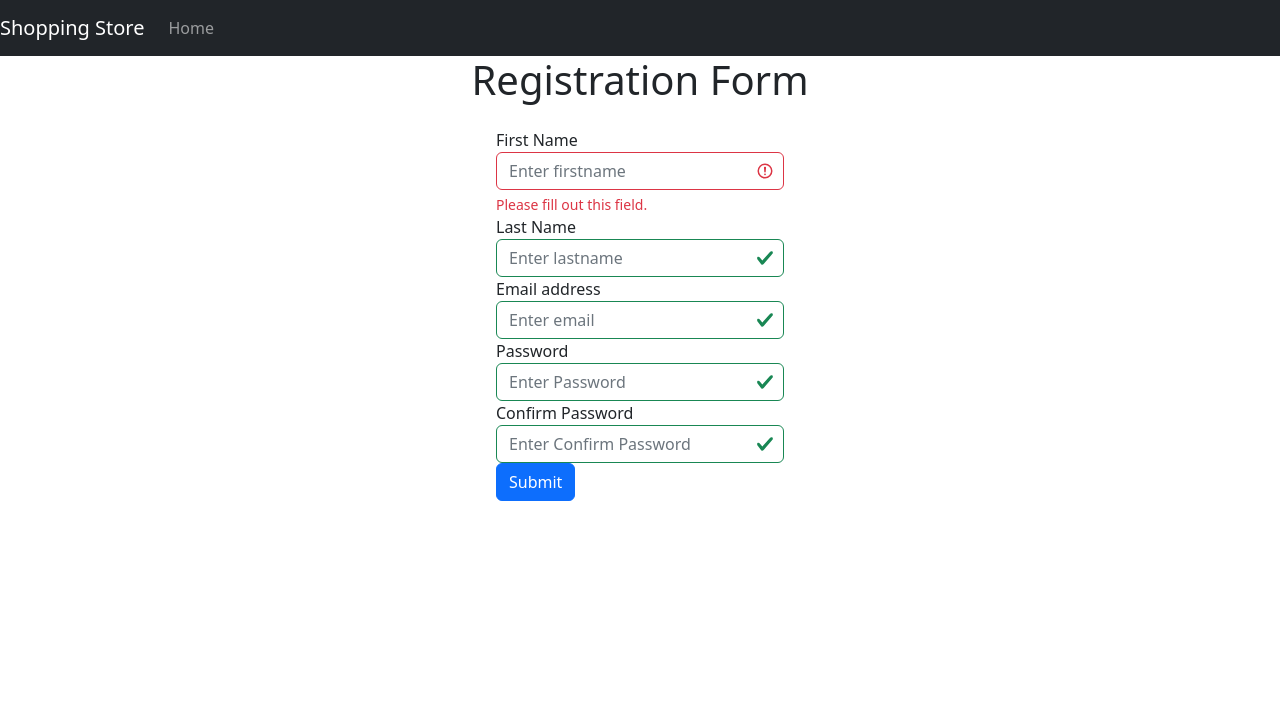
Repository: mayank-gupta0/nagarroproject
Page: http://localhost/SpringMvcServiceLayer/WEB-INF/jsp/register.jsp
The author's editor kept a copy of each file at every save. The page is drawn from the files as they stood at one save, then again after a run of saves.
The browser window is 1280 px wide. The pictures show the whole page.
The page is served by Tomcat 9. Nobody is signed in. Other server files are loaded and not shown. The template is opened directly, without the code that normally fills it, so the values that code supplies are empty.

Above is the page before, as saved 2022-08-21 12:55:55.

### springmvcworkspace/SpringMvcServiceLayer/src/main/webapp/WEB-INF/jsp/register.jsp
<%@ page language="java" contentType="text/html; charset=ISO-8859-1"
	pageEncoding="ISO-8859-1"%>
<!DOCTYPE html>
<html>
<head>
<meta charset="ISO-8859-1">
<link
	href="https://cdn.jsdelivr.net/npm/bootstrap@5.2.0/dist/css/bootstrap.min.css"
	rel="stylesheet"
	integrity="sha384-gH2yIJqKdNHPEq0n4Mqa/HGKIhSkIHeL5AyhkYV8i59U5AR6csBvApHHNl/vI1Bx"
	crossorigin="anonymous">
<title>Registration Page</title>

</head>
<body>
	<nav class="navbar navbar-expand-lg navbar-dark bg-dark">
		<a class="navbar-brand font-weight-bold" href="home">Shopping
			Store</a>
		<button class="navbar-toggler" type="button" data-toggle="collapse"
			data-target="#navbarSupportedContent"
			aria-controls="navbarSupportedContent" aria-expanded="false"
			aria-label="Toggle navigation">
			<span class="navbar-toggler-icon"></span>
		</button>

		<div class="collapse navbar-collapse" id="navbarSupportedContent">
			<ul class="navbar-nav mr-auto">
				<li class="nav-item"><a class="nav-link" href="home">Home</a></li>

			</ul>
		</div>
	</nav>
	<h1 class="text-center">Registration Form</h1>
	<div class="container w-25 p-3">
		<form class="was-validated" id="regForm" modelAttribute="UserResponse"
			action="registerProcess" method="post">

			<div class="form-group">
				<label for="exampleInputPassword1">First Name</label> <input
					type="text" class="form-control" id="exampleInputfirstname"
					placeholder="Enter firstname" name=firstName required>
				<div class="valid-feedback">Valid.</div>
				<div class="invalid-feedback">Please fill out this field.</div>
			</div>

			<div class="form-group">
				<label for="exampleInputPassword1">Last Name</label> <input
					type="text" class="form-control" id="exampleInputlastname"
					placeholder="Enter lastname" name="lastName">
			</div>

			<div class="form-group">
				<label for="exampleInputEmail1">Email address</label> <input
					type="email" class="form-control" id="exampleInputEmail1"
					aria-describedby="emailHelp" placeholder="Enter email" name="email">
			</div>

			<div class="form-group">
				<label for="exampleInputPassword1">Password</label> <input
					type="password" class="form-control" id="exampleInputPassword1"
					placeholder="Enter Password" name="password">
			</div>

			<div class="form-group">
				<label for="exampleInputPassword1">Confirm Password</label> <input
					type="password" class="form-control" id="exampleInputPassword2"
					placeholder="Enter Confirm Password" name="confirmPassword">
			</div>
			<button type="submit" class="btn btn-primary">Submit</button>
		</form>
	</div>
</body>
</html>









































<%-- <%@ taglib prefix="form" uri="http://www.springframework.org/tags/form"%>

<%@ page language="java" contentType="text/html; charset=ISO-8859-1"
	pageEncoding="ISO-8859-1"%>
<html>
<head>
<meta http-equiv="Content-Type" content="text/html; charset=ISO-8859-1">
<title>Registration</title>
</head>
<body>
	<form:form id="regForm" modelAttribute="UserResponse"
		action="registerProcess" method="post">
		<center>
			<h2>Registration :</h2>
			<hr>
		</center>
		<table align="center">
			<tr>
				<td><form:label path="firstName">FirstName</form:label></td>
				<td><form:input path="firstName" name="firstName"
						id="firstname" /></td>
			</tr>
			<tr>
				<td><form:label path="lastName">LastName</form:label></td>
				<td><form:input path="lastName" name="lastName" id="lastname" /></td>
			</tr>
			<tr>
				<td><form:label path="email">Email</form:label></td>
				<td><form:input path="email" name="email" id="email" /></td>
			</tr>
			<tr>
				<td><form:label path="password">Password</form:label></td>
				<td><form:password path="password" name="password"
						id="password" /></td>
			</tr>

			<tr>
				<td><form:label path="confirmPassword">Confirm Password</form:label></td>
				<td><form:password path="confirmPassword"
						name="confirmpassword" id="confirmPassword" /></td>
			</tr>

			<tr>
				<td></td>
				<td><form:button id="register" name="register">Register</form:button></td>
			</tr>
			<tr></tr>
			<tr>
				<td></td>
				<td><a href="index.jsp">Home</a></td>

			</tr>

		</table>
	</form:form>

</body>
</html>
 --%>

After the next 2 saves:
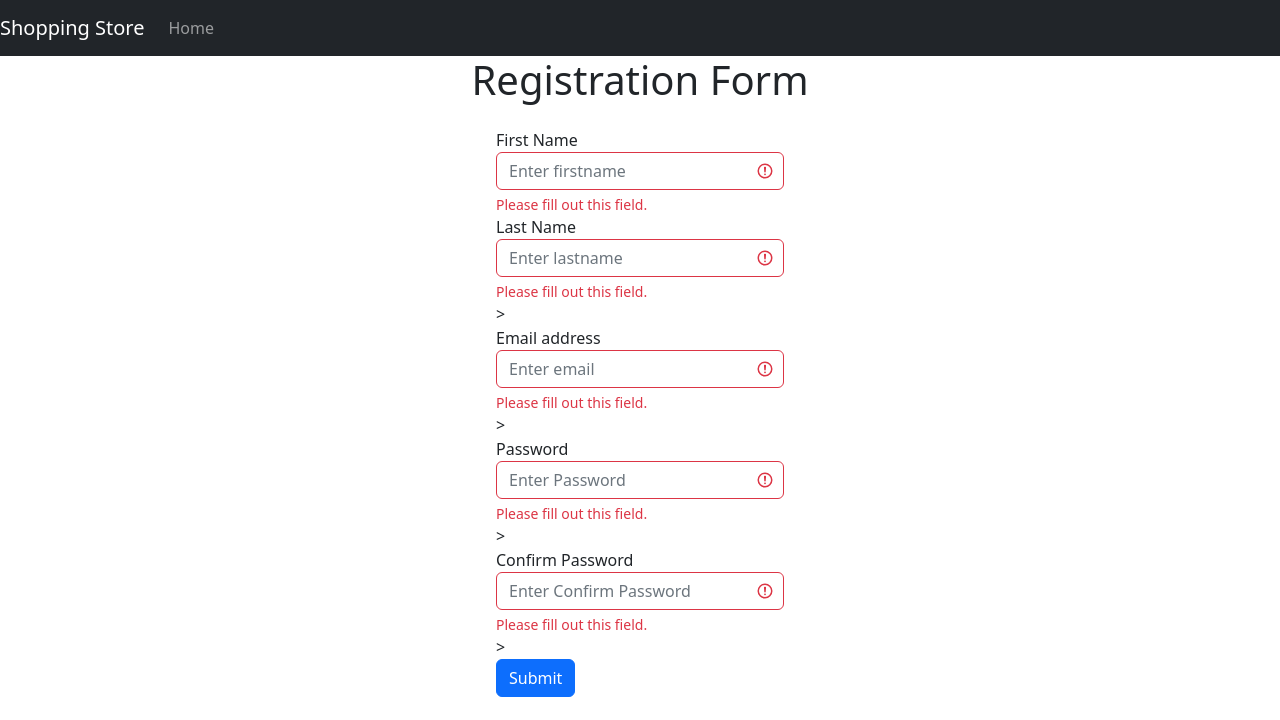
The 2 saves are shown as one change because they came seconds apart.
The last was saved 69 s later.
--- a/springmvcworkspace/SpringMvcServiceLayer/src/main/webapp/WEB-INF/jsp/register.jsp
+++ b/springmvcworkspace/SpringMvcServiceLayer/src/main/webapp/WEB-INF/jsp/register.jsp
@@ -39,32 +39,41 @@
 				<label for="exampleInputPassword1">First Name</label> <input
 					type="text" class="form-control" id="exampleInputfirstname"
 					placeholder="Enter firstname" name=firstName required>
-				<div class="valid-feedback">Valid.</div>
 				<div class="invalid-feedback">Please fill out this field.</div>
 			</div>
 
 			<div class="form-group">
 				<label for="exampleInputPassword1">Last Name</label> <input
 					type="text" class="form-control" id="exampleInputlastname"
-					placeholder="Enter lastname" name="lastName">
+					placeholder="Enter lastname" name="lastName" required>
+				<div class="invalid-feedback">Please fill out this field.</div>
+				>
 			</div>
 
 			<div class="form-group">
 				<label for="exampleInputEmail1">Email address</label> <input
 					type="email" class="form-control" id="exampleInputEmail1"
-					aria-describedby="emailHelp" placeholder="Enter email" name="email">
+					aria-describedby="emailHelp" placeholder="Enter email" name="email"
+					required>
+				<div class="invalid-feedback">Please fill out this field.</div>
+				>
 			</div>
 
 			<div class="form-group">
 				<label for="exampleInputPassword1">Password</label> <input
 					type="password" class="form-control" id="exampleInputPassword1"
-					placeholder="Enter Password" name="password">
+					placeholder="Enter Password" name="password" required>
+				<div class="invalid-feedback">Please fill out this field.</div>
+				>
 			</div>
 
 			<div class="form-group">
 				<label for="exampleInputPassword1">Confirm Password</label> <input
 					type="password" class="form-control" id="exampleInputPassword2"
-					placeholder="Enter Confirm Password" name="confirmPassword">
+					placeholder="Enter Confirm Password" name="confirmPassword"
+					required>
+				<div class="invalid-feedback">Please fill out this field.</div>
+				>
 			</div>
 			<button type="submit" class="btn btn-primary">Submit</button>
 		</form>
